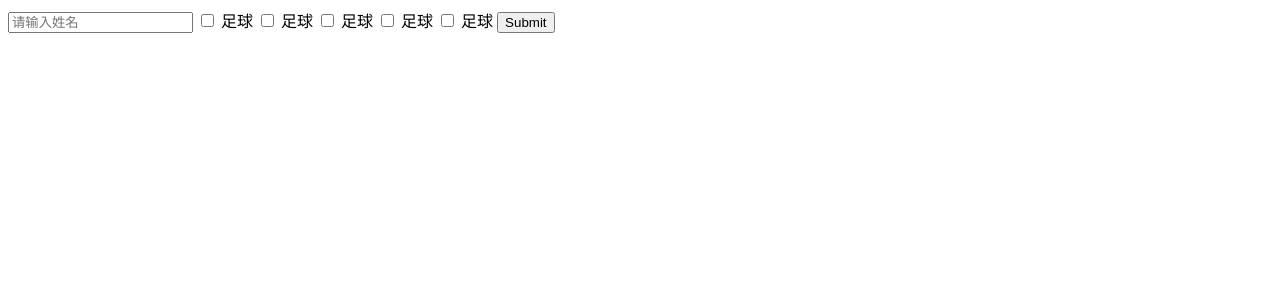
Repository: juyuan2000/java
Page: Servlet-jsp/day2-ee/WebContent/html/input.html
The author's editor kept a copy of each file at every save. The page is drawn from the files as they stood at one save, then again after the next save.
The browser window is 1280 px wide. The pictures show the whole page.

Above is the page before, as saved 2019-05-22 03:17:55.

### Servlet-jsp/day2-ee/WebContent/html/input.html
<!DOCTYPE html>
<html>
<head>
<meta charset="UTF-8">
<title>Insert title here</title>
</head>
<body>
	<form action='' method="get">
		<input type="text" name="姓名" placeholder="请输入姓名">
		<input type="checkbox" value="足球"> 足球
		<input type="checkbox" value="足球"> 足球
		<input type="checkbox" value="足球"> 足球
		<input type="checkbox" value="足球"> 足球
		<input type="checkbox" value="足球"> 足球
		<input type="submit" >

	</form>

</body>
</html>

After the next save:
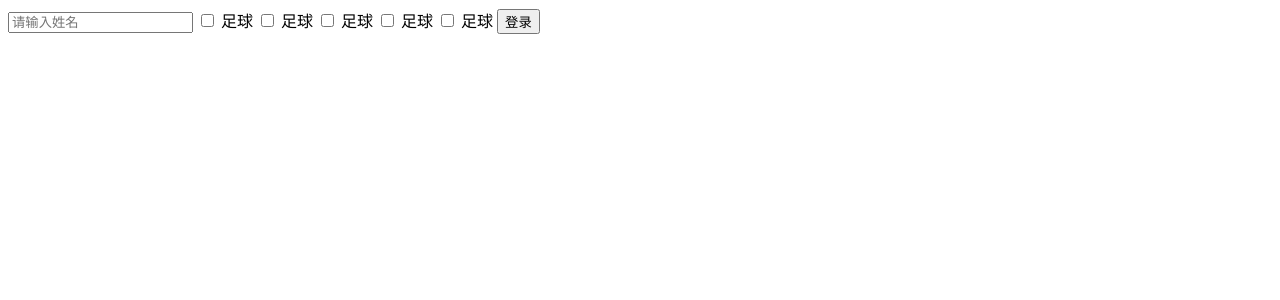
Saved 17 s later.
--- a/Servlet-jsp/day2-ee/WebContent/html/input.html
+++ b/Servlet-jsp/day2-ee/WebContent/html/input.html
@@ -12,7 +12,7 @@
 		<input type="checkbox" value="足球"> 足球
 		<input type="checkbox" value="足球"> 足球
 		<input type="checkbox" value="足球"> 足球
-		<input type="submit" >
+		<input type="submit" value='登录'>
 
 	</form>
 
